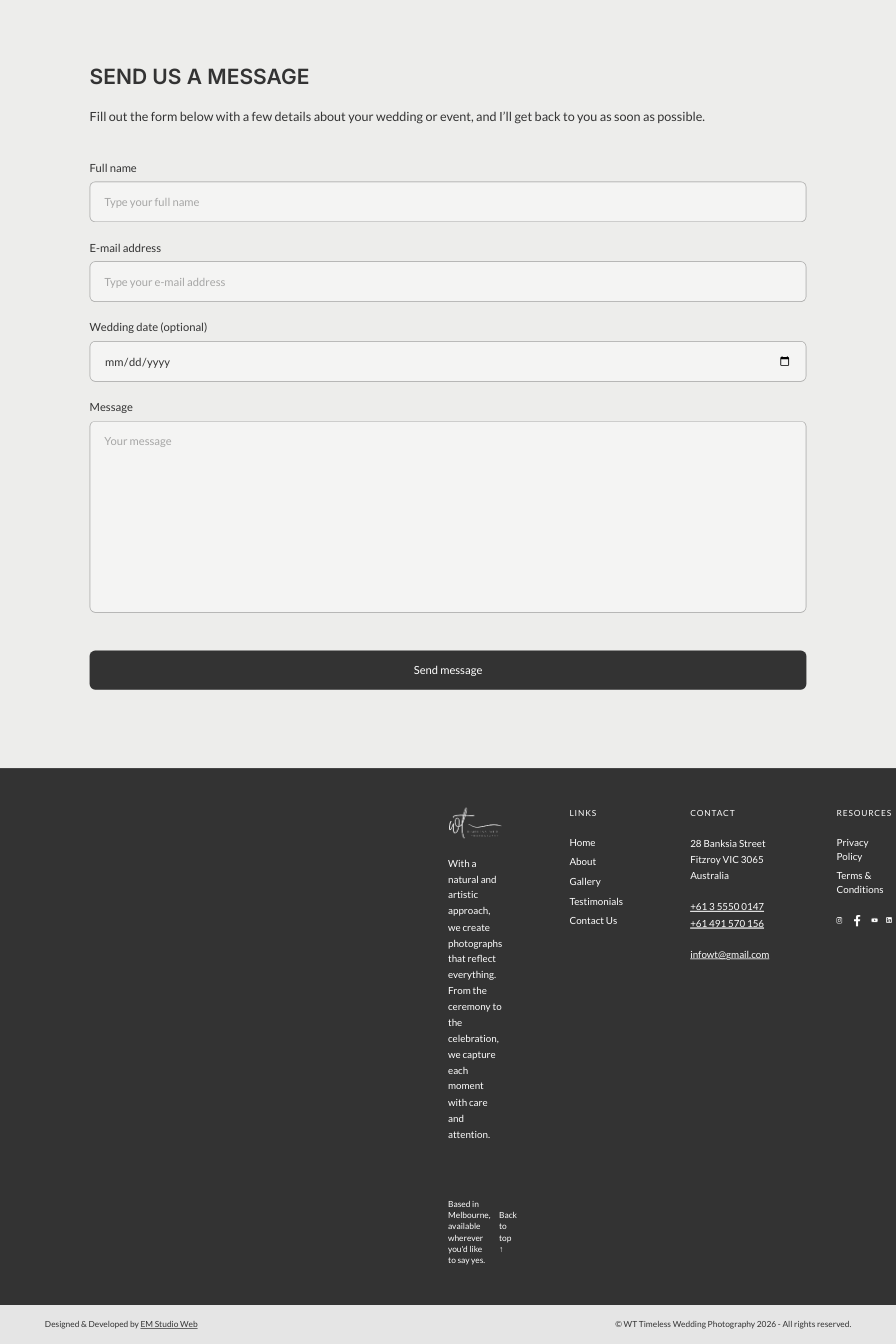
Repository: eduarda-magnago/wt-photography
Page: /contact
These files come from the project's save history. The page is drawn as it stood at one moment and after the next save; the edit follows.
The browser window is 1280 px wide. The pictures show the part of the page from y = 736 to 2656 px (the page is 2656 px tall before and 2352 px after), at 70% of full size.
Some web fonts or font styles are not loaded; a fallback is used. The project was rebuilt for these pictures with package versions that can differ from the ones it lists, and the page was loaded fresh each time. The framework's server and built-in components were replaced by stand-ins that run in the browser. Also part of the build but not shown: next.config.ts.

Above is the page before, as saved 2026-10-15 12:26:53.

### app/layout.tsx
import type { Metadata } from "next";
import { Inter, Lato, Cormorant_SC } from "next/font/google";
import Header from "@/components/layout/header";
import Footer from "@/components/layout/footer";
import "./globals.css";

const inter = Inter({
  subsets: ["latin"],
  variable: "--font-inter",
});

const lato = Lato({
  subsets: ["latin"],
  weight: ["300", "400", "700"],
  variable: "--font-lato",
});

const cormorant = Cormorant_SC({
  subsets: ["latin"],
  weight: ["300", "400", "500"],
  variable: "--font-cormorant",
});

export const metadata: Metadata = {
  title: "WT Timeless Photography",
  description: "Timeless wedding photography",
};

export default function RootLayout({
  children,
}: {
  children: React.ReactNode;
}) {
  return (
    <html
      lang="en"
      className={`${inter.variable} ${lato.variable} ${cormorant.variable}`}
    >
      <body className="font-sans antialiased">
        <Header />
        <main>{children}</main>
        <Footer />
      </body>
    </html>
  );
}

### app/contact/page.tsx
import Hero from "@/components/hero";
import ContactForm from "@/components/contact/contactForm";

export default function Contact() {
  return (
    <>
      <Hero
        eyebrow="Get in touch"
        title="Let’s create something beautiful"
        image="/img/hero-bg.jpg"
      />
      <section
        id="contact-form"
        className="scroll-mt-20 bg-sand px-6 py-20 md:px-14 md:py-28"
      >
        <div className="mx-auto max-w-5xl">
          <h2 className="font-heading text-2xl font-semibold uppercase md:text-3xl">
            Send us a message
          </h2>
          <p className="mt-6 text-lg">
            Fill out the form below with a few details about your wedding or
            event, and I’ll get back to you as soon as possible.
          </p>
          <ContactForm />
        </div>
      </section>
    </>
  );
}

### components/layout/header.tsx
"use client";

import { useState } from "react";
import Image from "next/image";
import Link from "next/link";

const navLinks = [
  { label: "Home", href: "/" },
  { label: "About me", href: "/#about" },
  { label: "Gallery", href: "/#gallery" },
  { label: "Testimonials", href: "/#testimonials" },
  { label: "Contact Us", href: "/contact#contact-form" },
];

export default function Header() {
  const [open, setOpen] = useState(false);

  return (
    <header className="absolute inset-x-0 top-0 z-30">
      <div className="flex items-start justify-between px-6 py-8 md:px-14">
        <ul className="flex items-center gap-3">
          <li>
            <a
              href="#"
              aria-label="Instagram"
              className="relative block h-[19px] w-[18px] transition-opacity hover:opacity-70"
            >
              <Image
                src="/img/instagram.png"
                alt=""
                fill
                sizes="18px"
                className="object-contain"
              />
            </a>
          </li>
          <li>
            <a
              href="#"
              aria-label="Facebook"
              className="relative block h-[18px] w-[18px] transition-opacity hover:opacity-70"
            >
              <Image
                src="/img/facebook.png"
                alt=""
                fill
                sizes="18px"
                className="object-contain"
              />
            </a>
          </li>
          <li>
            <a
              href="#"
              aria-label="YouTube"
              className="relative block h-[18px] w-[18px] transition-opacity hover:opacity-70"
            >
              <Image
                src="/img/youtube.png"
                alt=""
                fill
                sizes="18px"
                className="object-contain"
              />
            </a>
          </li>
          <li>
            <a
              href="#"
              aria-label="LinkedIn"
              className="relative block h-[18px] w-[18px] transition-opacity hover:opacity-70"
            >
              <Image
                src="/img/linkedin.png"
                alt=""
                fill
                sizes="18px"
                className="object-contain"
              />
            </a>
          </li>
        </ul>

        <button
          type="button"
          onClick={() => setOpen(true)}
          aria-label="Open menu"
          className="relative block h-6 w-9 transition-opacity hover:opacity-70"
        >
          <Image
            src="/img/menu.png"
            alt=""
            fill
            sizes="36px"
            className="object-contain"
          />
        </button>
      </div>

      {open && (
        <div className="fixed inset-0 z-40 flex items-center justify-center bg-ink/95">
          <button
            type="button"
            onClick={() => setOpen(false)}
            aria-label="Close menu"
            className="absolute right-6 top-8 text-3xl text-white md:right-14"
          >
            ✕
          </button>
          <nav>
            <ul className="flex flex-col items-center gap-8">
              {navLinks.map((link) => (
                <li key={link.label}>
                  <Link
                    href={link.href}
                    onClick={() => setOpen(false)}
                    className="font-heading text-2xl text-white"
                  >
                    {link.label}
                  </Link>
                </li>
              ))}
            </ul>
          </nav>
        </div>
      )}
    </header>
  );
}

### components/layout/footer.tsx
import Image from "next/image";
import Link from "next/link";

const exploreLinks = [
  { label: "Home", href: "/" },
  { label: "About", href: "/#about" },
  { label: "Gallery", href: "/#gallery" },
  { label: "Testimonials", href: "/#testimonials" },
  { label: "Contact Us", href: "/contact#contact-form" },
];

const headingClass = "mb-6 text-xs uppercase tracking-widest";

export default function Footer() {
  return (
    <footer>
      <div className="bg-ink px-6 py-12 text-sm text-white md:px-160 md:py-14">
        <div className="mx-auto max-w-[1600px]">
          <div className="grid gap-12 md:grid-cols-[1fr_auto_auto_auto] md:gap-24">
            <div>
              <Image
                src="/img/logo.png"
                alt="WT Timeless Photography"
                width={240}
                height={110}
              />
              <p className="mt-6 max-w-xs leading-relaxed">
                With a natural and artistic approach, we create photographs
                that reflect everything. From the ceremony to the celebration,
                we capture each moment with care and attention.
              </p>
            </div>

            <div>
              <h3 className={headingClass}>Links</h3>
              <ul className="space-y-2">
                {exploreLinks.map((link) => (
                  <li key={link.label}>
                    <Link href={link.href}>{link.label}</Link>
                  </li>
                ))}
              </ul>
            </div>

            <div>
              <h3 className={headingClass}>Contact</h3>
              <address className="not-italic leading-relaxed">
                28 Banksia Street
                <br />
                Fitzroy VIC 3065
                <br />
                Australia
              </address>
              <div className="mt-6 flex flex-col gap-1 underline">
                <a href="tel:+61355500147">+61 3 5550 0147</a>
                <a href="tel:+61491570156">+61 491 570 156</a>
              </div>
              <a
                href="mailto:infowt@gmail.com"
                className="mt-6 block underline"
              >
                infowt@gmail.com
              </a>
            </div>

            <div>
              <h3 className={headingClass}>Resources</h3>
              <ul className="space-y-2">
                <li>
                  <a href="#">Privacy Policy</a>
                </li>
                <li>
                  <a href="#">Terms &amp; Conditions</a>
                </li>
              </ul>
              <ul className="mt-6 flex items-center gap-3">
                <li>
                  <a
                    href="#"
                    aria-label="Instagram"
                    className="transition-opacity hover:opacity-70"
                  >
                    <Image src="/img/instagram.png" alt="" width={18} height={18} />
                  </a>
                </li>
                <li>
                  <a
                    href="#"
                    aria-label="Facebook"
                    className="relative block h-[18px] w-[18px] transition-opacity hover:opacity-70"
                  >
                    <Image
                      src="/img/facebook.png"
                      alt=""
                      fill
                      sizes="18px"
                      className="object-contain"
                    />
                  </a>
                </li>
                <li>
                  <a
                    href="#"
                    aria-label="YouTube"
                    className="transition-opacity hover:opacity-70"
                  >
                    <Image src="/img/youtube.png" alt="" width={18} height={18} />
                  </a>
                </li>
                <li>
                  <a
                    href="#"
                    aria-label="LinkedIn"
                    className="transition-opacity hover:opacity-70"
                  >
                    <Image src="/img/linkedin.png" alt="" width={18} height={18} />
                  </a>
                </li>
              </ul>
            </div>
          </div>

          <div className="mt-14 flex flex-col gap-3 border-t border-white/30 pt-6 text-xs md:flex-row md:items-center md:justify-between">
            <p>
              Based in Melbourne, available wherever you&apos;d like to say yes.
            </p>
            <a href="#" className="transition-opacity hover:opacity-70">
              Back to top &uarr;
            </a>
          </div>
        </div>
      </div>

      <div className="bg-neutral-200 px-6 py-5 text-xs text-ink md:px-16">
        <div className="mx-auto flex max-w-[1600px] flex-col gap-2 md:flex-row md:justify-between">
          <p>
            Designed &amp; Developed by{" "}
            <a
              href="https://www.instagram.com/webstudio.em"
              target="_blank"
              rel="noopener noreferrer"
              className="underline"
            >
              EM Studio Web
            </a>
          </p>
          <p>© WT Timeless Wedding Photography 2026 - All rights reserved.</p>
        </div>
      </div>
    </footer>
  );
}

### app/globals.css
@import "tailwindcss";

@theme inline {
  --font-sans: var(--font-lato);
  --font-heading: var(--font-inter);
  --font-hero: var(--font-cormorant);

  --color-ink: #333333;
  --color-sand: #ededeb;
  --color-paper: #fafafa;
  --color-blush: #f4e6dc;
}

html {
  scroll-behavior: smooth;
}

body {
  background: var(--color-paper);
  color: var(--color-ink);
}

### components/hero.tsx
import Image from "next/image";
import Link from "next/link";

type HeroProps = {
  eyebrow: string;
  title: string;
  image: string;
  ctaLabel?: string;
  ctaHref?: string;
};

export default function Hero({
  eyebrow,
  title,
  image,
  ctaLabel = "Explore our gallery",
  ctaHref = "/#gallery",
}: HeroProps) {
  return (
    <section className="relative flex h-[70vh] min-h-[715px] items-center justify-center overflow-hidden">
      <Image
        src="/img/hero.png"
        alt=""
        fill
        priority
        sizes="100vw"
        className="object-cover"
      />
      <div className="absolute inset-0 bg-black/20" />
      <div className="relative z-10 flex max-w-3xl flex-col items-center px-6 text-center text-white">
        <p className="mb-4 text-sm">{eyebrow}</p>
        <h1 className="font-hero text-5xl leading-[0.9] md:text-7xl">
          {title}
        </h1>
        <Link
          href={ctaHref}
          className="mt-8 border-b border-white pb-1 text-xs uppercase tracking-wider"
        >
          {ctaLabel}
        </Link>
      </div>
    </section>
  );
}

### components/contact/contactForm.tsx
"use client";

const fieldClass =
  "mt-2 w-full rounded-lg border border-ink/40 bg-white/40 px-5 py-4 text-base outline-none placeholder:text-ink/40 focus:border-ink";

export default function ContactForm() {
  function handleSubmit(event: React.FormEvent<HTMLFormElement>) {
    event.preventDefault();
  }

  return (
    <form onSubmit={handleSubmit} className="mt-12 space-y-6">
      <div>
        <label htmlFor="name">Full name</label>
        <input
          id="name"
          name="name"
          type="text"
          placeholder="Type your full name"
          required
          className={fieldClass}
        />
      </div>

      <div>
        <label htmlFor="email">E-mail address</label>
        <input
          id="email"
          name="email"
          type="email"
          placeholder="Type your e-mail address"
          required
          className={fieldClass}
        />
      </div>

      <div>
        <label htmlFor="date">Wedding date (optional)</label>
        <input
          id="date"
          name="date"
          type="date"
          className={fieldClass}
        />
      </div>

      <div>
        <label htmlFor="message">Message</label>
        <textarea
          id="message"
          name="message"
          placeholder="Your message"
          rows={10}
          required
          className={`${fieldClass} resize-none`}
        />
      </div>

      <button
        type="submit"
        className="mt-6 w-full cursor-pointer rounded-lg bg-ink py-4 text-white transition-opacity hover:opacity-90"
      >
        Send message
      </button>
    </form>
  );
}

After the next save:
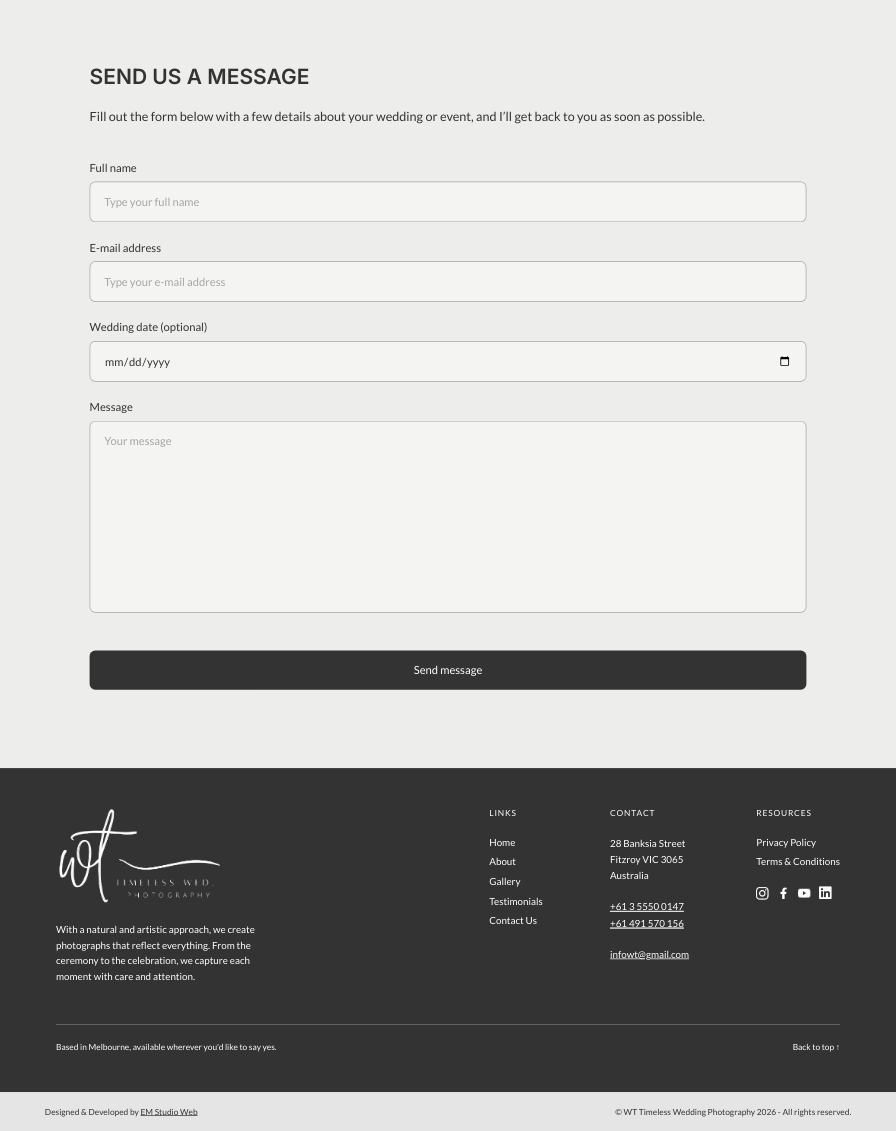
Saved 5 s later.
--- a/components/layout/footer.tsx
+++ b/components/layout/footer.tsx
@@ -14,7 +14,7 @@ const headingClass = "mb-6 text-xs uppercase tracking-widest";
 export default function Footer() {
   return (
     <footer>
-      <div className="bg-ink px-6 py-12 text-sm text-white md:px-160 md:py-14">
+      <div className="bg-ink px-6 py-12 text-sm text-white md:px-20 md:py-14">
         <div className="mx-auto max-w-[1600px]">
           <div className="grid gap-12 md:grid-cols-[1fr_auto_auto_auto] md:gap-24">
             <div>
